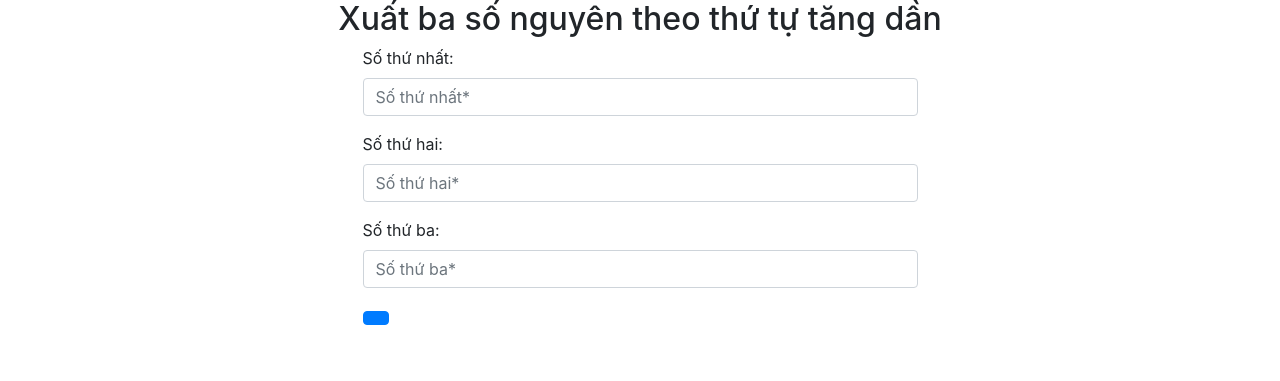
Repository: dovanthao2404/BC14_BaiTap_JS_Buoi_4_dovanthao
Page: html/bai1.html
These files come from the project's save history. The page is drawn as it stood at one moment and after the next save; the edit follows.
The browser window is 1280 px wide. The pictures show the whole page.

Above is the page before, as saved 2021-07-02 00:28:17.

### html/bai1.html
<!DOCTYPE html>
<html lang="en">

<head>
  <meta charset="UTF-8">
  <meta http-equiv="X-UA-Compatible" content="IE=edge">
  <meta name="viewport" content="width=device-width, initial-scale=1.0">
  <title>Document</title>

  <!-- BS4 -->
  <link rel="stylesheet" href="https://cdn.jsdelivr.net/npm/bootstrap@4.6.0/dist/css/bootstrap.min.css"
    integrity="sha384-B0vP5xmATw1+K9KRQjQERJvTumQW0nPEzvF6L/Z6nronJ3oUOFUFpCjEUQouq2+l" crossorigin="anonymous">
</head>

<body>
  <div class="container">
    <h2 class=text-center>Xuất ba số nguyên theo thứ tự tăng dần</h2>
    <form class="w-50 mx-auto">
      <div class="form-group">
        <label for="number-1">Số thứ nhất: </label>
        <input type="text" name="" id="number-1" class="form-control" placeholder="Số thứ nhất*">
      </div>
      <div class="form-group">
        <label for="number-2">Số thứ hai: </label>
        <input type="text" name="" id="number-2" class="form-control" placeholder="Số thứ hai*">
      </div>
      <div class="form-group">
        <label for="number-3">Số thứ ba: </label>
        <input type="text" name="" id="number-3" class="form-control" placeholder="Số thứ ba*">
      </div>
      <button class="btn btn-primary"></button>
    </form>
  </div>
</body>

</html>

After the next save:
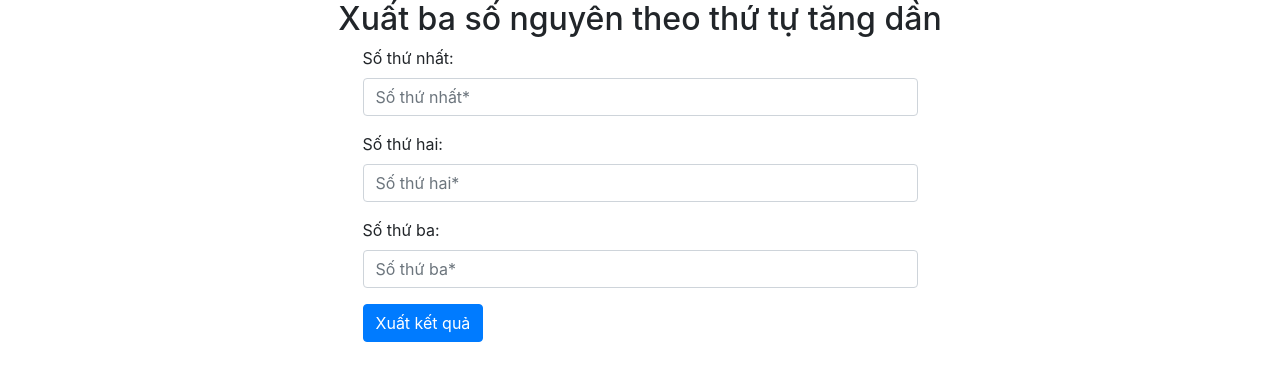
Saved 10 s later.
--- a/html/bai1.html
+++ b/html/bai1.html
@@ -28,7 +28,7 @@
         <label for="number-3">Số thứ ba: </label>
         <input type="text" name="" id="number-3" class="form-control" placeholder="Số thứ ba*">
       </div>
-      <button class="btn btn-primary"></button>
+      <button class="btn btn-primary">Xuất kết quả</button>
     </form>
   </div>
 </body>
